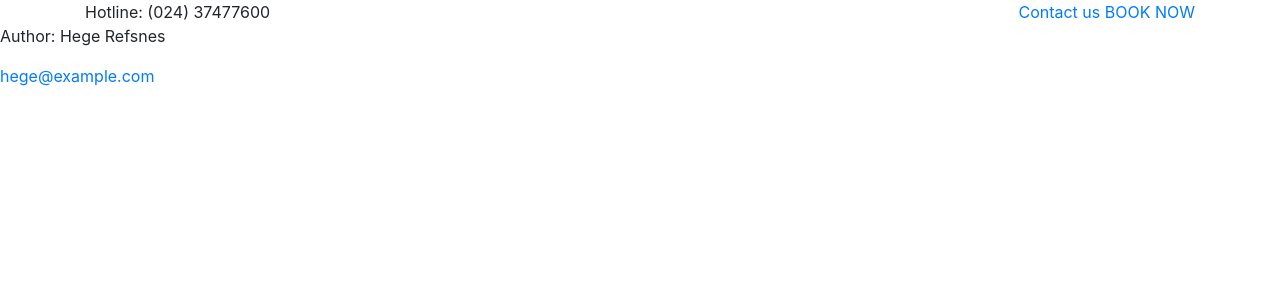
Repository: heishung/project-booking
Page: index.html
The author's editor kept a copy of each file at every save. The page is drawn from the files as they stood at one save, then again after the next save.
The browser window is 1280 px wide. The pictures show the whole page.
The style sheet was rebuilt from its Sass, Less or Tailwind sources for each picture, by a compiler version that may differ from the author's.

Above is the page before, as saved 2020-11-19 23:07:47.
Console error (its wording comes from the project's code and is left out).

After the next save:
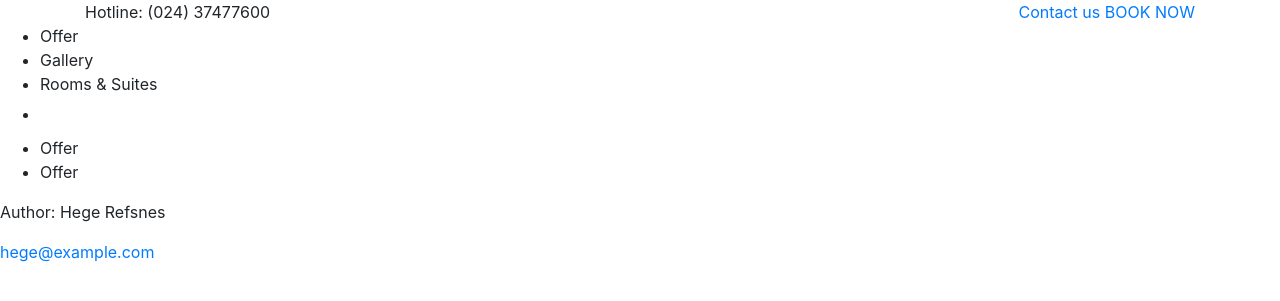
Saved 2 min 53 s later.
--- a/index.html
+++ b/index.html
@@ -17,6 +17,18 @@
             <div><a href="#">Contact us</a>
             <a href="#">BOOK NOW</a></div>
         </div>
+        <div class="banner">
+            <div class="menu">
+                <ul>
+                    <li>Offer</li>
+                    <li>Gallery</li>
+                    <li>Rooms & Suites</li>
+                    <li><img src="./image/logo.svg" alt="logo"></li>
+                    <li>Offer</li>
+                    <li>Offer</li>
+                </ul>
+            </div>
+        </div>
     </header>
 
     <footer>
